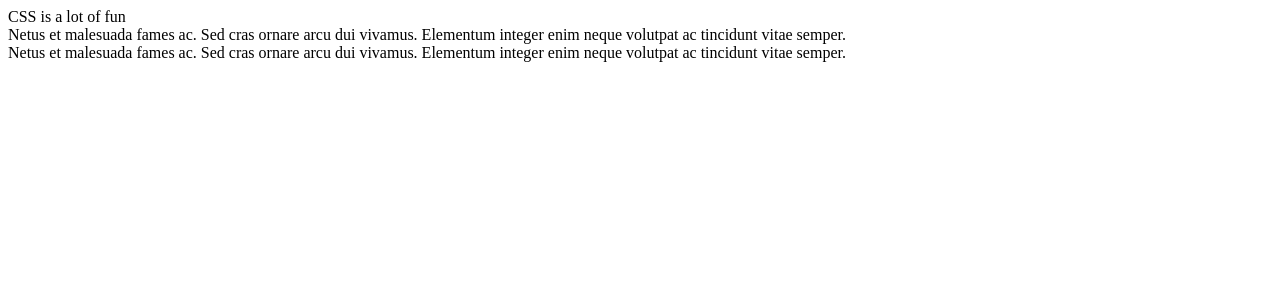
Repository: Doumham-Armah/sample-landing-page
Page: index.html
These files come from the project's save history. The page is drawn as it stood at one moment and after the next save; the edit follows.
The browser window is 1280 px wide. The pictures show the whole page.

Above is the page before, as saved 2021-08-16 12:23:15.

### index.html
<!DOCTYPE html>
<html lang="en">
  <head>
    <meta charset="UTF-8" />
    <meta http-equiv="X-UA-Compatible" content="IE=edge" />
    <meta name="viewport" content="width=device-width, initial-scale=1.0" />
    <title>Document</title>
  </head>
  <body>
    <header>CSS is a lot of fun</header>

    <section class="section one">
      Netus et malesuada fames ac. Sed cras ornare arcu dui vivamus. Elementum
      integer enim neque volutpat ac tincidunt vitae semper.
    </section>
    <section class="section two">
      Netus et malesuada fames ac. Sed cras ornare arcu dui vivamus. Elementum
      integer enim neque volutpat ac tincidunt vitae semper.
    </section>
  </body>
</html>

After the next save:
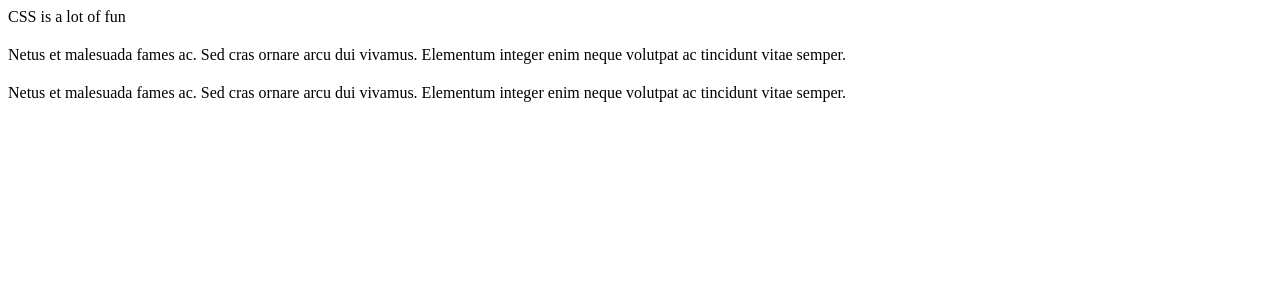
Saved 18 s later.
--- a/index.html
+++ b/index.html
@@ -10,10 +10,12 @@
     <header>CSS is a lot of fun</header>
 
     <section class="section one">
+      <h2></h2>
       Netus et malesuada fames ac. Sed cras ornare arcu dui vivamus. Elementum
       integer enim neque volutpat ac tincidunt vitae semper.
     </section>
     <section class="section two">
+      <h2></h2>
       Netus et malesuada fames ac. Sed cras ornare arcu dui vivamus. Elementum
       integer enim neque volutpat ac tincidunt vitae semper.
     </section>
